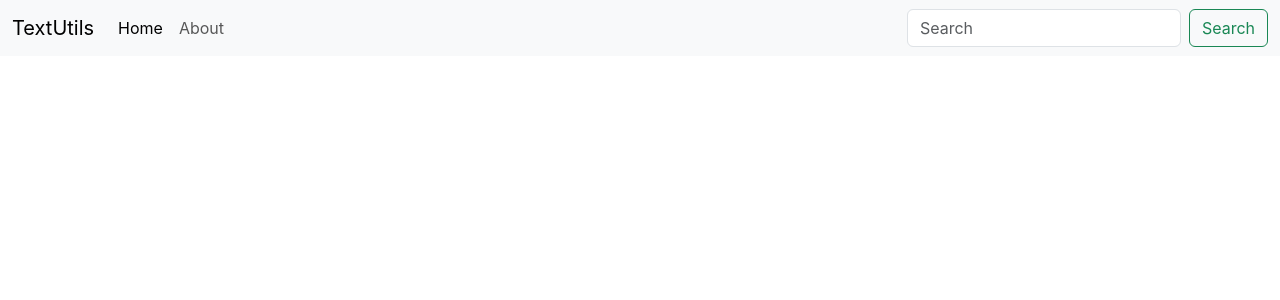
Repository: SujanNagaju/react-demo
Page: /
These files come from the project's save history. The page is drawn as it stood at one moment and after the next save; the edit follows.
The browser window is 1280 px wide. The pictures show the whole page.
The project was rebuilt for these pictures with package versions that can differ from the ones it lists, and the page was loaded fresh each time. Also part of the build but not shown: src/App.css.

Above is the page before, as saved 2024-12-28 23:14:35.

After the next save:
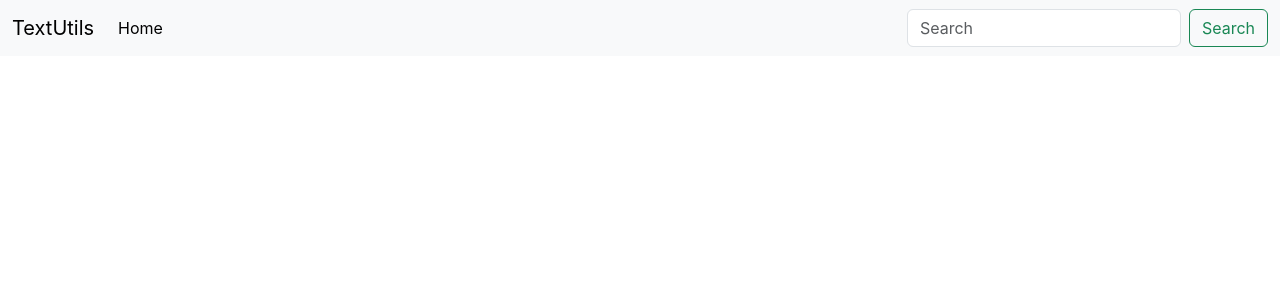
Saved 18 s later.
--- a/src/components/Navbar.js
+++ b/src/components/Navbar.js
@@ -14,7 +14,7 @@
                 <a className="nav-link active" aria-current="page" href="/">Home</a>
                 </li>
                 <li className="nav-item">
-                <a className="nav-link" href="/">About</a>
+                <a className="nav-link" href="/">{props.aboutText}</a>
                 </li>
 
             </ul>
